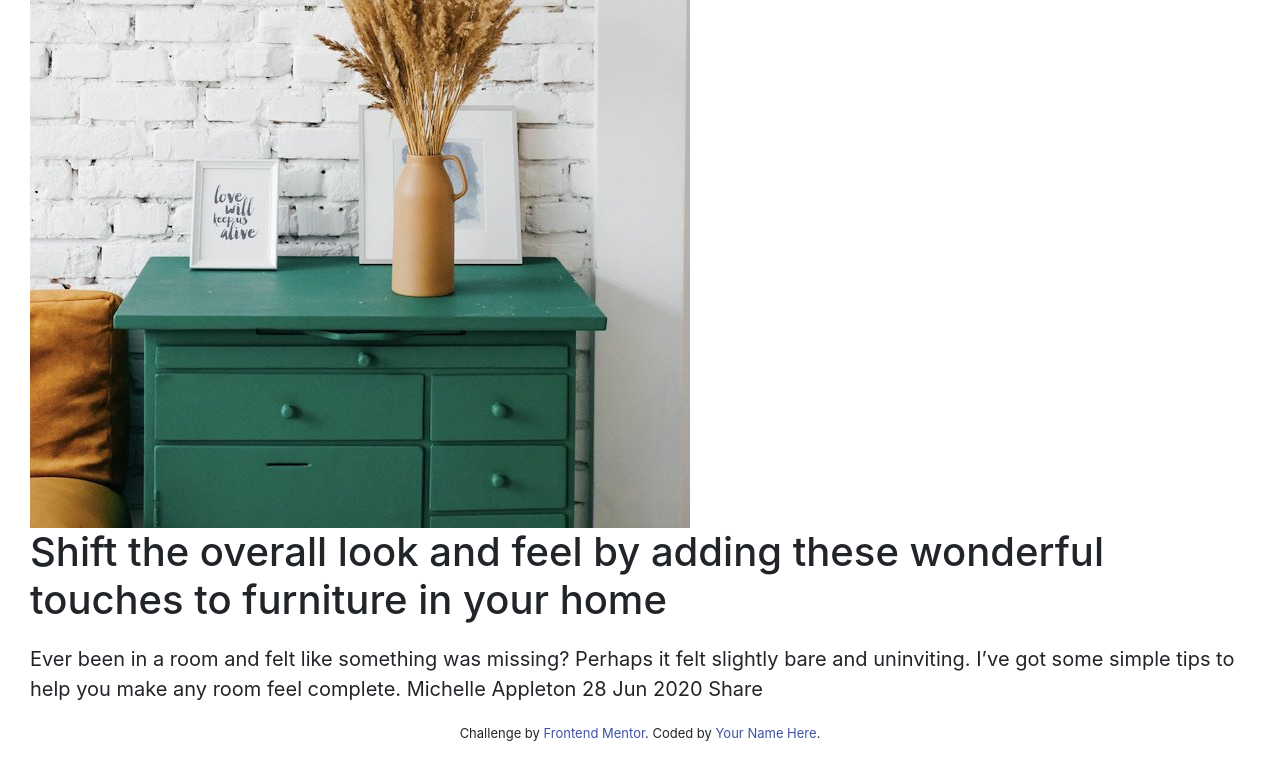
Repository: timiodulate/Article-Preview-Component
Page: index.html
The author's editor kept a copy of each file at every save. The page is drawn from the files as they stood at one save, then again after a run of saves.
The browser window is 1280 px wide. The pictures show the whole page.

Above is the page before, as saved 2020-07-11 11:12:03.

After the next 3 saves:
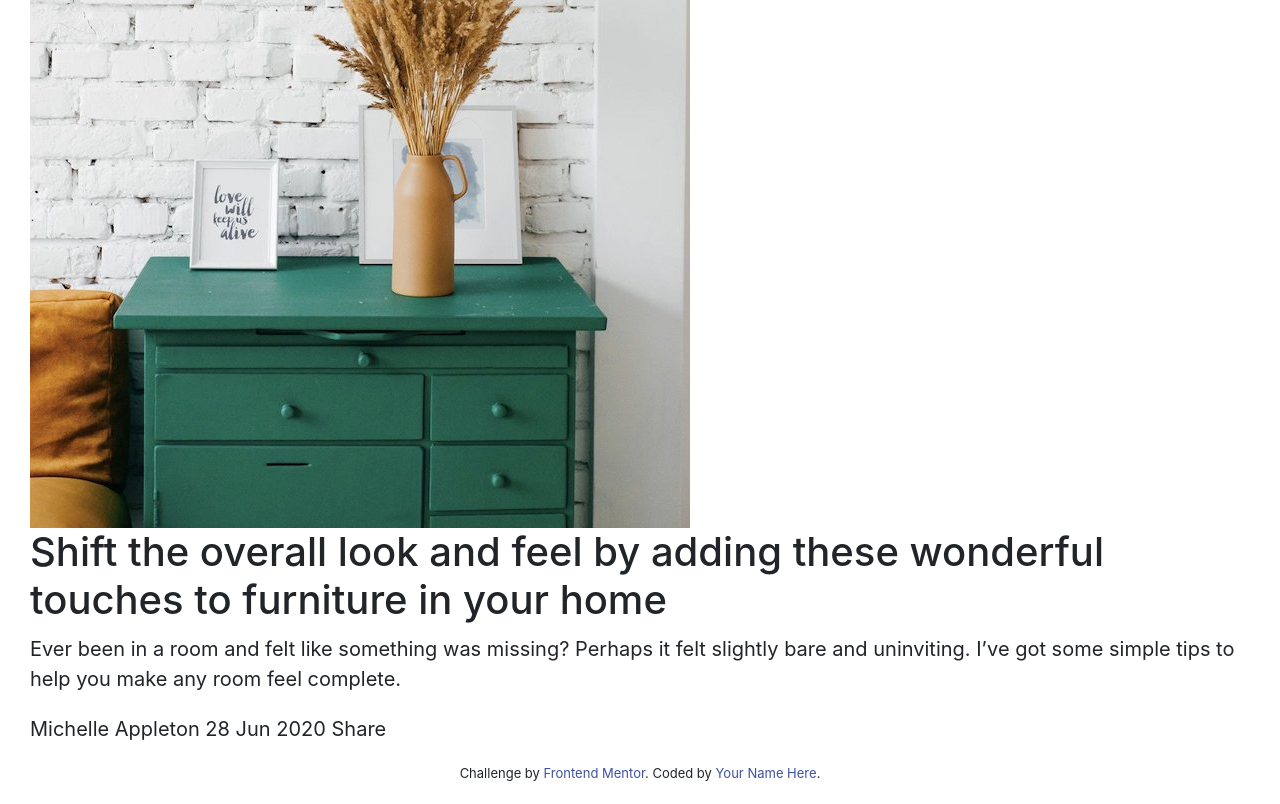
The 3 saves are shown as one change because they came seconds apart.
The last was saved 10 s later.
--- a/index.html
+++ b/index.html
@@ -26,13 +26,13 @@
           touches to furniture in your home
         </h2>
         <p>
+          Ever been in a room and felt like something was missing? Perhaps
+          it felt slightly bare and uninviting. I’ve got some simple tips
+          to help you make any room feel complete.
+        </p>
 
-        </p>
       </div>
 
-      Ever been in a room and felt like something was missing? Perhaps
-      it felt slightly bare and uninviting. I’ve got some simple tips
-      to help you make any room feel complete.
 
       Michelle Appleton
       28 Jun 2020
